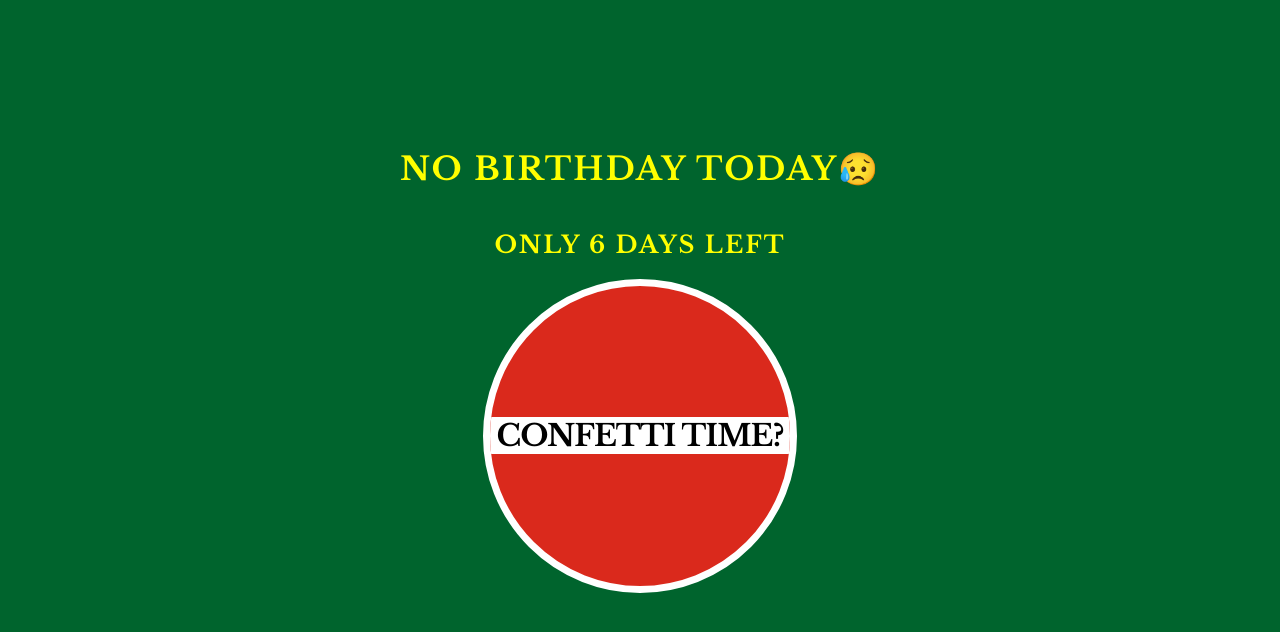
Repository: David-Waite/HannahsBirthdayWebsite
Page: /
These files come from the project's save history. The page is drawn as it stood at one moment and after the next save; the edit follows.
The browser window is 1280 px wide. The pictures show the whole page.
The project was rebuilt for these pictures with package versions that can differ from the ones it lists, and the page was loaded fresh each time.

Above is the page before, as saved 2023-03-30 18:39:08.

### public/index.html
<!DOCTYPE html>
<html lang="en">
  <head>
    <meta charset="utf-8" />
    <link rel="icon" href="%PUBLIC_URL%/favicon.ico" />
    <meta name="viewport" content="width=device-width, initial-scale=1" />
    <meta name="theme-color" content="#000000" />
    <meta
      name="description"
      content="Web site created using create-react-app"
    />
    <link rel="apple-touch-icon" href="%PUBLIC_URL%/logo192.png" />
    <!--
      manifest.json provides metadata used when your web app is installed on a
      user's mobile device or desktop. See https://developers.google.com/web/fundamentals/web-app-manifest/
    -->
    <link rel="manifest" href="%PUBLIC_URL%/manifest.json" />
    <!--
      Notice the use of %PUBLIC_URL% in the tags above.
      It will be replaced with the URL of the `public` folder during the build.
      Only files inside the `public` folder can be referenced from the HTML.

      Unlike "/favicon.ico" or "favicon.ico", "%PUBLIC_URL%/favicon.ico" will
      work correctly both with client-side routing and a non-root public URL.
      Learn how to configure a non-root public URL by running `npm run build`.
    -->
    <link rel="preconnect" href="https://fonts.googleapis.com" />
    <link rel="preconnect" href="https://fonts.gstatic.com" crossorigin />
    <link
      href="https://fonts.googleapis.com/css2?family=Libre+Baskerville:wght@700&display=swap"
      rel="stylesheet"
    />
    <title>Hannah's Birthday?</title>
  </head>
  <body>
    <noscript>You need to enable JavaScript to run this app.</noscript>
    <div id="root"></div>
    <!--
      This HTML file is a template.
      If you open it directly in the browser, you will see an empty page.

      You can add webfonts, meta tags, or analytics to this file.
      The build step will place the bundled scripts into the <body> tag.

      To begin the development, run `npm start` or `yarn start`.
      To create a production bundle, use `npm run build` or `yarn build`.
    -->
  </body>
</html>

### src/index.css
body {
  margin: 0;
  font-family: "Libre Baskerville", serif;
  -webkit-font-smoothing: antialiased;
  -moz-osx-font-smoothing: grayscale;
  letter-spacing: 2px;
}

.App {
  width: 100vw;
  height: 100vh;
  display: flex;
  flex-direction: column;
  align-items: center;
  justify-content: center;
  background-color: #00642d;
  color: rgb(255, 255, 0);
}

.buttonCon {
  display: flex;
  align-items: center;
  justify-content: center;
  height: 300px;
  width: 300px;
  overflow: hidden;
  background-color: #da291c;
  border-radius: 50%;
  border: 7px solid white;
  cursor: pointer;
}
.buttonCon p {
  border: none;
  width: 100%;
  background-color: white;
  color: black;
  font-weight: bold;
  font-size: 30px;
  padding: 0;
  letter-spacing: -1px;
}

.buttonCon:hover {
  background-color: #a31f15;
}

### src/App.js
import "./App.css";

import Confetti from "react-confetti";

import { useState } from "react";

function App() {
  const [confetti, setConfetti] = useState(null);
  const [buttonText, setButtonText] = useState("CONFETTI TIME?");
  function isBirthdayToday() {
    const date = new Date();
    if (date.getMonth() === 3 && date.getDate() === 5) {
      return true;
    }
    return false;
  }

  function rainConfetti() {
    if (isBirthdayToday()) {
      setConfetti(true);
      setButtonText("CONFETTI TIME!");
    } else {
      setButtonText("NO");
    }
  }

  function getDaysUntilBirthday() {
    const date = new Date();
    const hannahBday = new Date(date.getFullYear(), 3, 5);
    const hannahBdayNextYear = new Date(date.getFullYear() + 1, 3, 5);
    const oneDay = 1000 * 60 * 60 * 24;

    let daysUntilBirthday;
    if (hannahBday < date) {
      daysUntilBirthday =
        Math.ceil(hannahBdayNextYear.getTime() - date.getTime()) / oneDay;
    } else {
      daysUntilBirthday =
        Math.ceil(hannahBday.getTime() - date.getTime()) / oneDay;
    }

    return daysUntilBirthday;
  }

  // 5th april
  let birthdayText;
  if (isBirthdayToday()) {
    birthdayText = <h1>HAPPY BIRTHDAY!🥳</h1>;
  } else {
    birthdayText = (
      <>
        <h1>NO BIRTHDAY TODAY😥</h1>
        <h2>ONLY {Math.ceil(getDaysUntilBirthday())} DAYS LEFT</h2>
      </>
    );
  }
  console.log(isBirthdayToday());
  const date = new Date();

  return (
    <div className="App">
      {confetti && <Confetti />}

      {birthdayText}
      <div className="buttonCon">
        <p onClick={rainConfetti}>{buttonText}</p>
      </div>
    </div>
  );
}

export default App;

Loaded but not shown: src/index.js (common file); src/reportWebVitals.js (common file); src/App.css (common file)

After the next save:
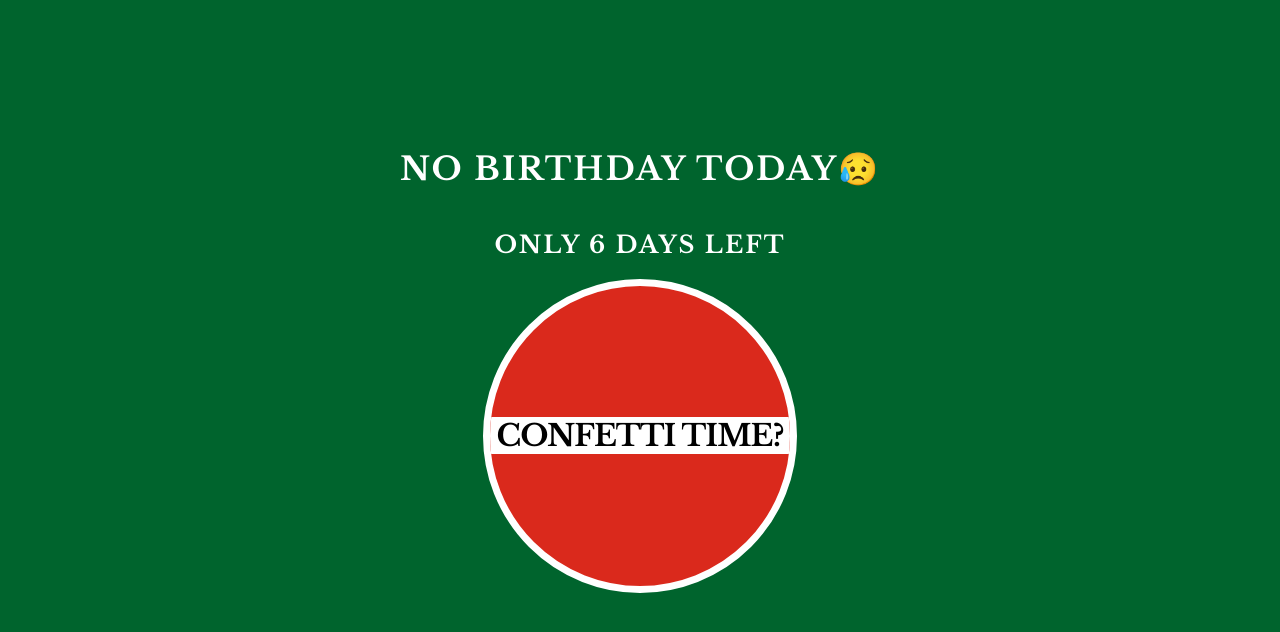
Saved 13 s later.
--- a/src/index.css
+++ b/src/index.css
@@ -14,7 +14,7 @@ body {
   align-items: center;
   justify-content: center;
   background-color: #00642d;
-  color: rgb(255, 255, 0);
+  color: white;
 }
 
 .buttonCon {
